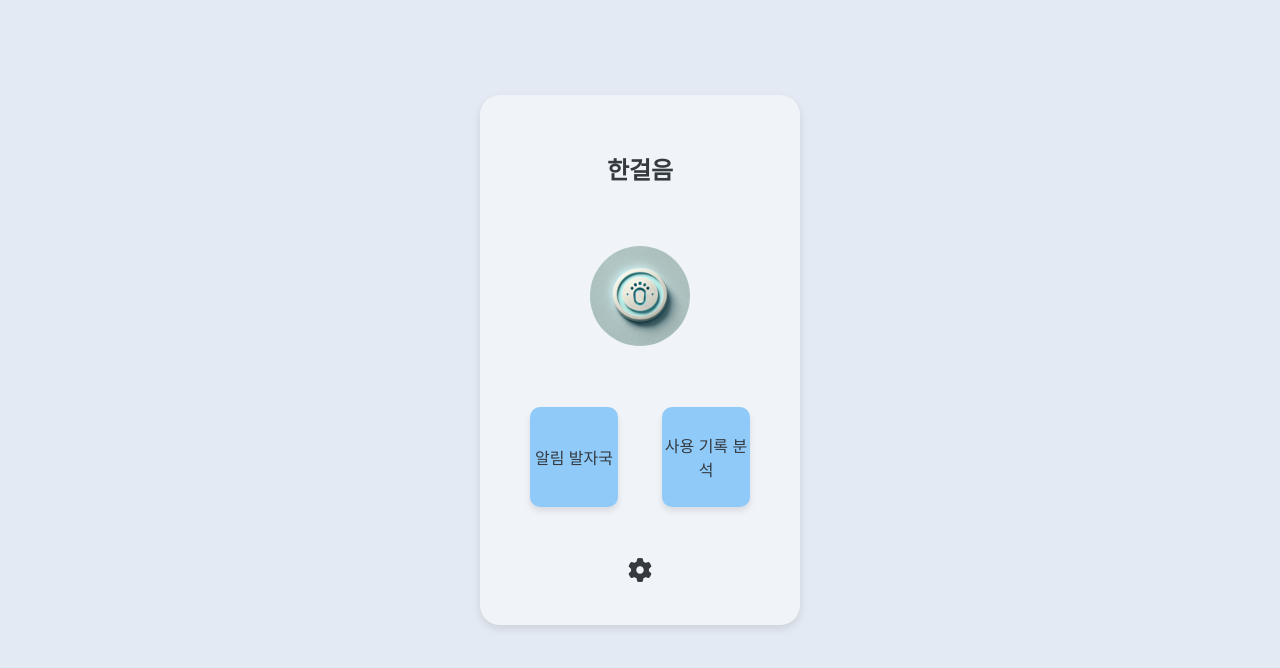
Repository: step-by-steps/step_by_steps_web
Page: http://localhost/index
An editor plug-in stored every save of this project. The page is shown before and after the next save, followed by the edit.
The browser window is 1280 px wide. The pictures show the whole page.
The page is served by the project's application, run on Flask 3 (main.py). The session is filled in as if someone had signed in: {"username": "testuser"}.

Above is the page before, as saved 2024-08-19 02:37:43.

### templates/index.html
<!DOCTYPE html>
<html lang="ko">
<head>
    <meta charset="UTF-8">
    <meta name="viewport" content="width=device-width, initial-scale=1.0">
    <title>STEP BY STEP</title>
    <link rel="stylesheet" href="{{ url_for('static', filename='css/style.css') }}">
    <link rel="stylesheet" href="https://cdnjs.cloudflare.com/ajax/libs/font-awesome/6.0.0-beta3/css/all.min.css">
</head>
<body>
    <div class="container">
        <h1>한걸음</h1>

        <!-- 이미지 추가 -->
        <div class="logo-container">
            <img src="{{ url_for('static', filename='images/footprint_logo.jpg') }}" alt="Logo" class="logo-image">
        </div>

        <div class="buttons">
            <a href="{{ url_for('step2') }}" class="btn">알림 발자국</a>
            <a href="{{ url_for('step3') }}" class="btn">사용 기록 분석</a>

        </div>

        <div class="settings-icon">
            <a href="{{ url_for('settings') }}"><i class="fas fa-cog"></i></a>
        </div>
    </div>
</body>
</html>

### main.py
from flask import Flask, render_template, request, redirect, url_for, session,send_file
import mysql.connector
import matplotlib.pyplot as plt
import pandas as pd
import io
import os
import matplotlib.font_manager as fm
from matplotlib import rc
import statistics

app = Flask(__name__)
app.secret_key = '011'

db_login_data_config = {
    'user': 'ondy',
    'password': '030104',
    'host': '221.155.118.13',
    'database': 'login_data',
    'collation': 'utf8mb4_general_ci'
}

db_sensor_data5_config = {
    'user': 'ondy',
    'password': '030104',
    'host': '221.155.118.13',
    'database': 'sensor_data5',
    'collation': 'utf8mb4_general_ci'
}

db_sensor_data1_config={
    'user': 'ondy',
    'password': '030104',
    'host': '221.155.118.13',
    'database': 'sensor_data1',
    'collation': 'utf8mb4_general_ci'
}

db_sensor_data3_config = {
    'user': 'ondy',
    'password': '030104',
    'host': '221.155.118.13',
    'database': 'sensor_data3',
    'collation': 'utf8mb4_general_ci'
}

#공통 DB 연결 함수
def get_db_connection(config):
    connection = mysql.connector.connect(**config)
    return connection

#login_data
def get_login_data():
    connection = get_db_connection(db_login_data_config)
    cursor = connection.cursor(dictionary=True)

    query = "SELECT * FROM some_table_in_login_data"
    cursor.execute(query)
    data = cursor.fetchall()

    cursor.close()
    connection.close()

    return data

def get_sensor_data5():
    # sensor_data1 데이터베이스에 연결
    connection = get_db_connection(db_sensor_data5_config)
    cursor = connection.cursor(dictionary=True)

    query = "SELECT event_type, location,timestamp FROM sensor_events WHERE event_type = 'pressed'"
    cursor.execute(query)
    data = cursor.fetchall()

    cursor.close()
    connection.close()

    return data

def get_sensor_data1():
    connection = mysql.connector.connect(**db_sensor_data1_config)
    cursor = connection.cursor(dictionary=True)

    # sensor_data1에서 필요한 데이터 가져오기
    query = "SELECT event_type, timestamp FROM sensor_events"
    cursor.execute(query)
    data = cursor.fetchall()

    cursor.close()
    connection.close()

    return data

def get_sensor_data2():
    connection = get_db_connection(db_sensor_data5_config)
    cursor = connection.cursor(dictionary=True)

    # duration 데이터 가져오기
    query = "SELECT location, duration FROM sensor_events WHERE event_type = 'pressed'"
    cursor.execute(query)
    data = cursor.fetchall()

    cursor.close()
    connection.close()

    return data

def get_sensor_press_interval():
    connection = get_db_connection(db_sensor_data3_config)
    cursor = connection.cursor(dictionary=True)

    query = "SELECT press_interval, timestamp FROM sensor_press_interval"
    cursor.execute(query)
    data = cursor.fetchall()

    cursor.close()
    connection.close()

    return data

def validate_user(username, password):
    """유저 정보 확인 함수"""
    conn = get_db_connection(db_login_data_config)
    cursor = conn.cursor(dictionary=True, buffered=True)  # buffered=True 추가
    cursor.execute("SELECT * FROM users WHERE username=%s AND password=%s", (username, password))
    user = cursor.fetchone()

    cursor.close()
    conn.close()
    return user


@app.route('/')
def home():
    return redirect(url_for('login'))

@app.route('/index')
def index():
    if 'username' not in session:
        return redirect(url_for('login'))
    return render_template('index.html')

@app.route('/login', methods=['GET', 'POST'])
def login():
    if request.method == 'POST':
        username = request.form['username']
        password = request.form['password']
        user = validate_user(username, password)
        if user:
            session['username'] = user['username']
            return redirect(url_for('index'))
        else:
            return '로그인 실패'
    return render_template('login.html')

@app.route('/logout')
def logout():
    session.pop('username', None)
    return redirect(url_for('login'))

@app.route('/step1')
def step1():
    if 'username' not in session:
        return redirect(url_for('login'))
    return "Step 1 page"


@app.route('/step2')
def step2():
    if 'username' not in session:
        return redirect(url_for('login'))
    sensor_data5 = get_sensor_data5()
    return render_template('step2.html',sensor_data5=sensor_data5)

@app.route('/step2_image')
def step2_image():
    sensor_data = fetch_sensor_data()
    df = pd.DataFrame(sensor_data)
    df['timestamp'] = pd.to_datetime(df['timestamp'])
    df.set_index('timestamp').resample('W').size().plot(kind='bar', color='blue')
    plt.title('Sensor Events Over Time')
    plt.xlabel('Week')
    plt.ylabel('Event Count')
    plt.tight_layout()

    img = io.BytesIO()
    plt.savefig(img, format='png')
    img.seek(0)
    plt.close()

    return send_file(img, mimetype='image/png')

@app.route('/step3')
def step3():
    if 'username' not in session:
        return redirect(url_for('login'))
    sensor_data1 = get_sensor_data1()
    df = pd.DataFrame(sensor_data1)

    # 날짜를 인덱스로 설정하고, 일별 빈도를 계산
    df['timestamp'] = pd.to_datetime(df['timestamp'])
    df = df.set_index('timestamp')
    daily_data = df.resample('D').size()

    # 최신 두 날짜의 데이터 비교
    if len(daily_data) > 1:
        latest_date = daily_data.index[-1]
        previous_date = daily_data.index[-2]
        latest_value = daily_data[-1]
        previous_value = daily_data[-2]

        difference = latest_value - previous_value
        if difference > 0:
            analysis_text = f"어제보다 {difference}만큼 늘었습니다."
        elif difference < 0:
            analysis_text = f"어제보다 {-difference}만큼 줄었습니다."
        else:
            analysis_text = "어제와 변동이 없습니다."
    else:
        analysis_text = "데이터가 충분하지 않습니다."
    return render_template('step3.html', analysis_text=analysis_text)


@app.route('/plot.png')
def plot_png():
    # 데이터를 Pandas DataFrame으로 변환
    sensor_data1 = get_sensor_data1()
    df = pd.DataFrame(sensor_data1)

    # 날짜를 인덱스로 설정하고, 일별로 빈도를 계산
    df['timestamp'] = pd.to_datetime(df['timestamp'])
    df = df.set_index('timestamp')
    daily_data = df.resample('D').size()

    # Windows에서 Malgun Gothic 폰트 설정
    font_path = 'C:/Windows/Fonts/malgun.ttf'  # 폰트 경로 (Windows의 경우)
    font_prop = fm.FontProperties(fname=font_path)
    rc('font', family=font_prop.get_name())

    # 그래프 생성
    fig, ax = plt.subplots()

    # 막대 그래프 생성 및 날짜 형식 지정
    daily_data.plot(kind='bar', ax=ax, color='blue')
    ax.set_xlabel('날짜')  # x축 레이블
    ax.set_ylabel('빈도수')  # y축 레이블
    ax.set_title('화장실 사용 빈도수')  # 그래프 제목

    # x축 레이블을 데이터셋에 있는 날짜로 설정
    ax.set_xticklabels([date.strftime('%Y-%m-%d') for date in daily_data.index])
    plt.xticks(rotation=45, ha='right')  # x축 레이블 회전 및 정렬

    # 그래프를 이미지로 변환
    img = io.BytesIO()
    plt.savefig(img, format='png')
    img.seek(0)
    plt.close()

    return send_file(img, mimetype='image/png')



@app.route('/settings')
def settings():
    if 'username' in session:
        return render_template('settings.html')
    return redirect(url_for('login'))

if __name__ == '__main__':
    app.run(debug=True, port=5002)

### static/css/style.css
body, h1, h2, h3, h4, h5, h6, p, label, input, button, a {
    font-size: inherit;
}

body {
    background-color: #E3EAF3; /* 밝은 블루그레이 배경색 */
    font-family: Arial, sans-serif;
    display: flex;
    justify-content: center;
    align-items: center;
    height: 100vh;
    margin: 0;
    font-size: 16px; /* 기본 글자 크기 */
}

.container {
    text-align: center;
    background-color: #F0F4F8; /* 기존보다 명도 높은 배경색 */
    padding: 40px;
    border-radius: 20px; /* 살짝 더 둥근 모서리 */
    box-shadow: 0 4px 8px rgba(0, 0, 0, 0.1);
    width: 240px; /* 더 좁은 너비로 조정 */
    height: 450px; /* 높이 조정 */
    display: flex;
    flex-direction: column;
    justify-content: space-between;
}

h1 {
    margin-bottom: 20px; /* 제목 아래 여백 조정 */
    color: #343A40; /* 짙은 회색 텍스트 */
    font-size: 24px; /* 헤더 글자 크기 */
}

.settings-options {
    display: flex;
    flex-direction: column;
    align-items: center;
    justify-content: center; /* 중간으로 위치 */
    flex-grow: 1; /* 중간으로 오도록 하는 부분 추가 */
}

.settings-options label {
    font-size: inherit;
    margin-bottom: 10px;
    color: #343A40; /* 레이블 색상 */
}

.settings-options input[type="range"] {
    width: 100%; /* 슬라이더 너비를 부모 요소에 맞춤 */
    max-width: 200px; /* 최대 너비를 설정 */
    margin-top: 10px; /* 슬라이더와 레이블 사이의 간격 */
}

a.btn, button.btn {
    display: flex; /* 플렉스박스를 사용하여 텍스트 중앙 정렬 */
    justify-content: center; /* 수평 중앙 정렬 */
    align-items: center; /* 수직 중앙 정렬 */
    background-color: #90CAF9; /* 밝은 파란색 버튼 */
    color: #343A40; /* 버튼 글자 색상을 짙은 회색으로 변경 */
    text-decoration: none;
    margin: 10px; /* 버튼 간격을 위해 변경 */
    border-radius: 10px;
    border: none;
    cursor: pointer;
    transition: background-color 0.3s ease;
    font-size: inherit; /* 버튼 글자 크기 */
    text-align: center;
    box-shadow: 0 4px 6px rgba(0, 0, 0, 0.1); /* 버튼 그림자 추가 */
    width: calc(45% - 20px);
    height: 100px; /* 버튼 높이 추가 */
}

a.btn:hover, button.btn:hover {
    background-color: #64B5F6; /* hover 효과를 위한 더 진한 파란색 */
}

.buttons {
    display: flex;
    justify-content: space-between; /* 버튼을 중앙에 배치 */
    align-items: center; /* 수직 중앙 정렬 */
    margin-top:10px;
}

.logo-container {
    display: flex;
    justify-content: center;
    margin: 10px 0; /* 위아래 여백 */
}

.logo-image {
    width: 100px; /* 이미지를 원하는 크기로 조정 */
    height: 100px; /* 이미지를 원하는 크기로 조정 */
    object-fit: cover; /* 이미지가 정사각형 영역에 맞게 조정 */
    border-radius: 50%; /* 이미지를 동그랗게 만듭니다 */
}

.settings-icon {
    margin-top: 10px; /* 아이콘 위쪽 여백 조정 */
    display: flex;
    justify-content: center;
}

.settings-icon a {
    color: #343A40; /* 아이콘 색상 */
    font-size: 24px;
    text-decoration: none;
    transition: color 0.3s ease;
}

.settings-icon a:hover {
    color: #007ACC; /* 아이콘 hover 색상 */
}

.input-field {
    display: block;
    width: 100%;
    margin: 10px 0;
    padding: 15px 20px;
    border: 1px solid #ccc;
    border-radius: 5px;
    font-size: 16px; /* 입력 필드 글자 크기 */
    box-sizing:border-box;
}

.footer-links {
    margin-top: 20px;
    color: #6C757D;
    font-size: 14px;
}

.footer-links a {
    color: #007ACC;
    text-decoration: none;
    margin: 0 5px;
    font-size: 14px; /* 푸터 링크 글자 크기 */
}

.header {
    display: flex;
    align-items: center;
    margin-bottom: 20px;
}

.header h1 {
    flex: 1;
    text-align: center;
    margin: 0;
    color: #343A40;
}

.back-button {
    color: #343A40;
    text-decoration: none;
    font-size: 24px;
}

After the next save:
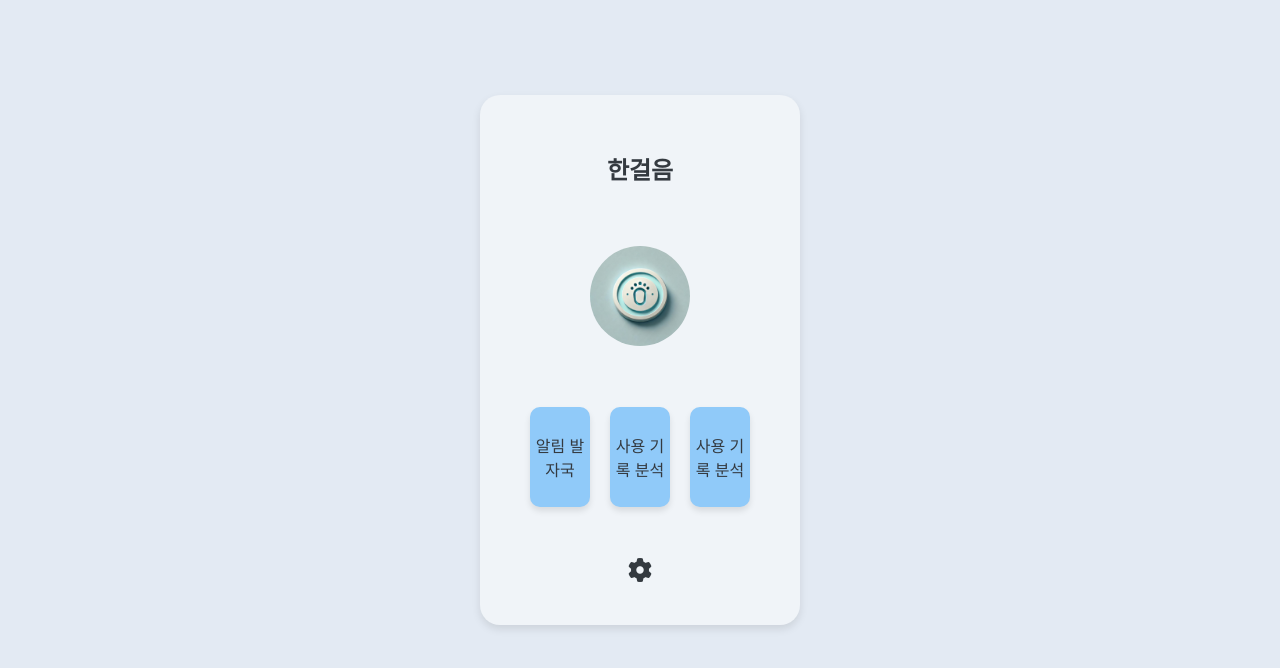
Saved 9 s later.
--- a/templates/index.html
+++ b/templates/index.html
@@ -19,6 +19,7 @@
         <div class="buttons">
             <a href="{{ url_for('step2') }}" class="btn">알림 발자국</a>
             <a href="{{ url_for('step3') }}" class="btn">사용 기록 분석</a>
+            <a href="{{ url_for('step3') }}" class="btn">사용 기록 분석</a>
 
         </div>
 
